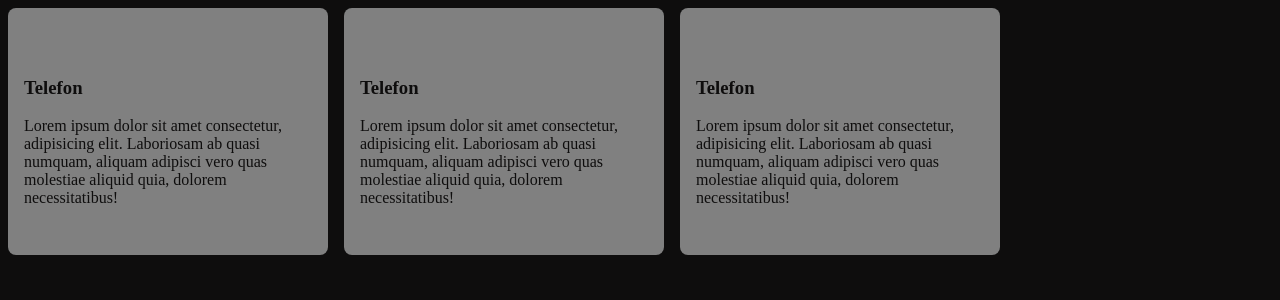
Repository: liviamucioniu/Coffee-Shop-Website
Page: index.html
The author's editor kept a copy of each file at every save. The page is drawn from the files as they stood at one save, then again after the next save.
The browser window is 1280 px wide. The pictures show the whole page.

Above is the page before, as saved 2023-10-19 23:39:56.

### index.html
<!DOCTYPE html>
<html lang="en">
    <head>
        <meta charset="UTF-8" />
        <meta name="viewport" content="width=device-width, initial-scale=1.0" />
        <title>Document</title>
        <link rel="stylesheet" href="styles.css" />
        <script defer src="script.js"></script>
    </head>
    <body>
        <section id="product-list">
            <div class="product-card">
                <img class="product-image" src="" alt="" />
                <h3 class="product-name">Telefon</h3>
                <p class="product-description">
                    Lorem ipsum dolor sit amet consectetur, adipisicing elit.
                    Laboriosam ab quasi numquam, aliquam adipisci vero quas
                    molestiae aliquid quia, dolorem necessitatibus!
                </p>
            </div>

            <div class="product-card">
                <img class="product-image" src="" alt="" />
                <h3 class="product-name">Telefon</h3>
                <p class="product-description">
                    Lorem ipsum dolor sit amet consectetur, adipisicing elit.
                    Laboriosam ab quasi numquam, aliquam adipisci vero quas
                    molestiae aliquid quia, dolorem necessitatibus!
                </p>
            </div>

            <div class="product-card">
                <img class="product-image" src="" alt="" />
                <h3 class="product-name">Telefon</h3>
                <p class="product-description">
                    Lorem ipsum dolor sit amet consectetur, adipisicing elit.
                    Laboriosam ab quasi numquam, aliquam adipisci vero quas
                    molestiae aliquid quia, dolorem necessitatibus!
                </p>
            </div>
        </section>
    </body>
</html>

### styles.css
body {
    background-color: #0e0d0d;
    color: #0e0d0d;
}

#product-list {
    display: flex;
    gap: 1rem;
}

.product-card {
    border-radius: 0.5rem;
    max-width: 18rem;
    background-color: gray;
    padding: 2rem 1rem;
}

.product-image {
    max-width: 100%;
}

### script.js
// const title = document.getElementById("title");
// console.log(title);
// title.classList.add("main");

After the next save:
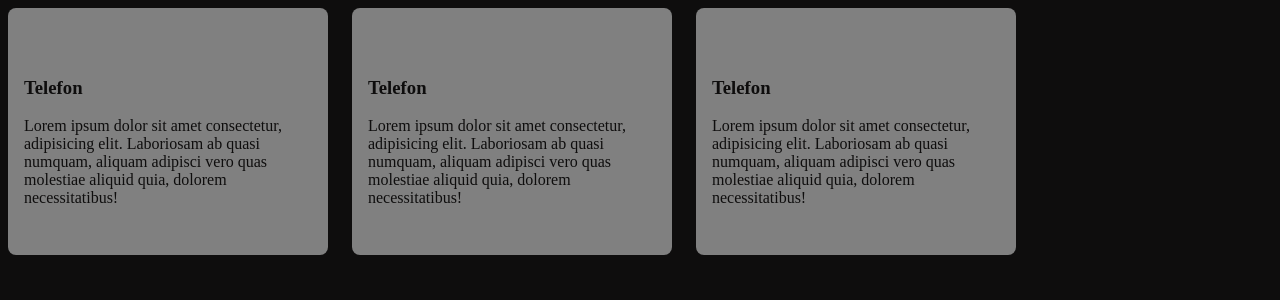
Saved 9 s later.
--- a/styles.css
+++ b/styles.css
@@ -5,7 +5,7 @@ body {
 
 #product-list {
     display: flex;
-    gap: 1rem;
+    gap: 1.5rem;
 }
 
 .product-card {
